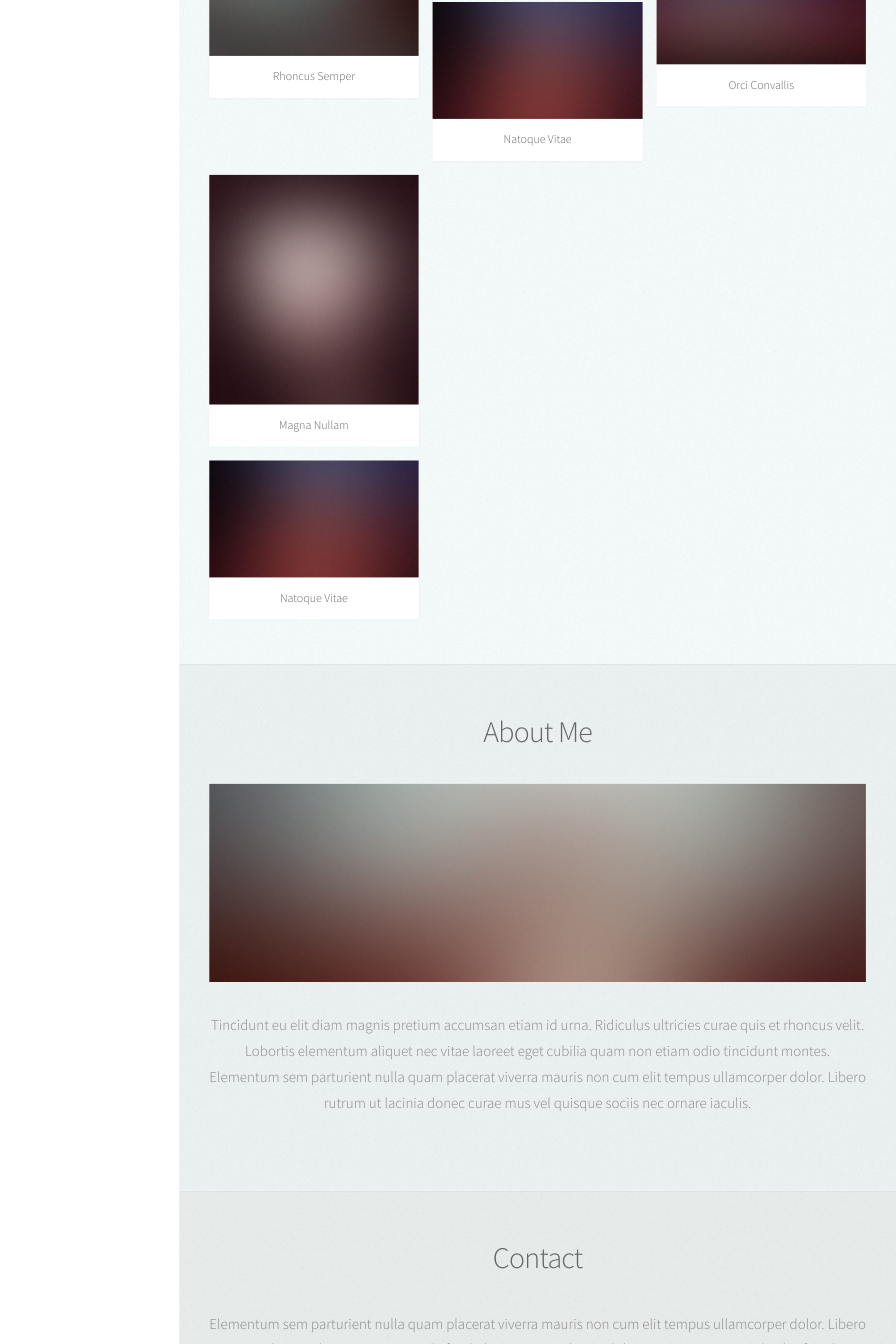
Repository: jaimesabalimperial/jaimesabalimperial.github.io
Page: index.html
The author's editor kept a copy of each file at every save. The page is drawn from the files as they stood at one save, then again after the next save.
The browser window is 1280 px wide. The pictures show the part of the page from y = 1317 to 3237 px (the page is 4033 px tall before and 3378 px after), at 70% of full size.

Above is the page before, as saved 2022-10-04 13:53:19.

After the next save:
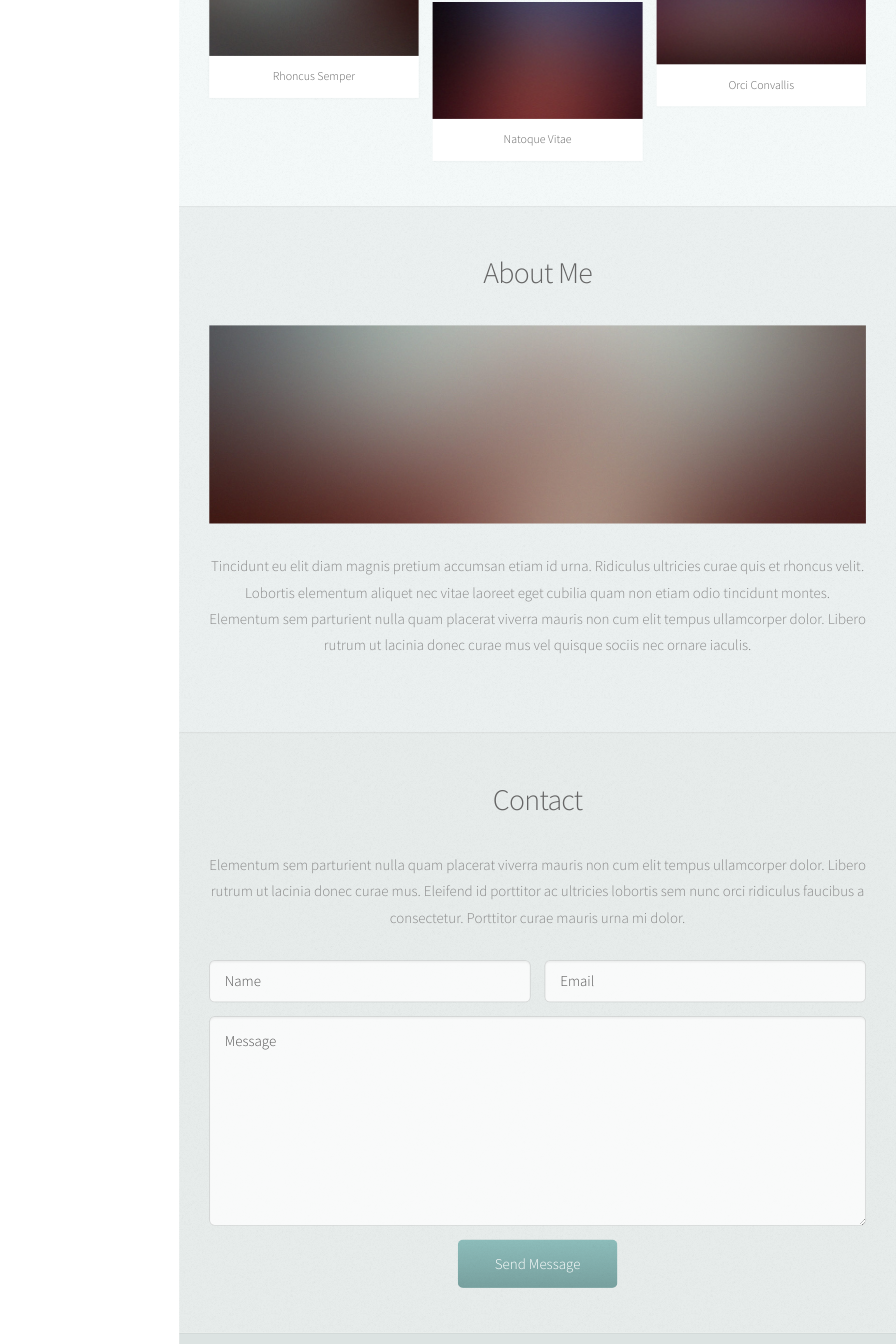
Saved 32 s later.
--- a/index.html
+++ b/index.html
@@ -130,20 +130,6 @@
 										</header>
 									</article>
 								</div>
-								<div class="col-4 col-12-mobile">
-									<article class="item">
-										<a href="#" class="image fit"><img src="images/pic04.jpg" alt="" /></a>
-										<header>
-											<h3>Magna Nullam</h3>
-										</header>
-									</article>
-									<article class="item">
-										<a href="#" class="image fit"><img src="images/pic05.jpg" alt="" /></a>
-										<header>
-											<h3>Natoque Vitae</h3>
-										</header>
-									</article>
-								</div>
 							</div>
 
 						</div>
